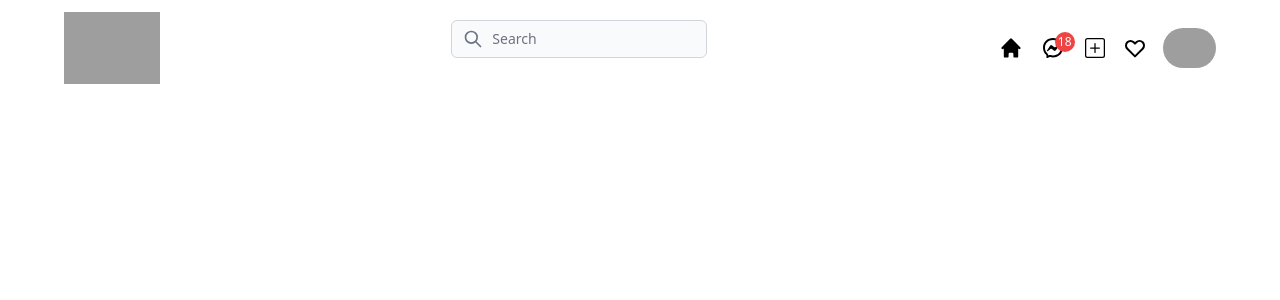
Repository: SehajBindra/insta--clone
Page: /
An editor plug-in stored every save of this project. The page is shown before and after the next save, followed by the edit.
The browser window is 1280 px wide. The pictures show the whole page.
Pictures or frames that could not be fetched are drawn as grey boxes. The project was rebuilt for these pictures with package versions that can differ from the ones it lists, and the page was loaded fresh each time. The framework's server and built-in components were replaced by stand-ins that run in the browser. Also part of the build but not shown: next.config.js.

Above is the page before, as saved 2022-04-11 02:48:07.

After the next save:
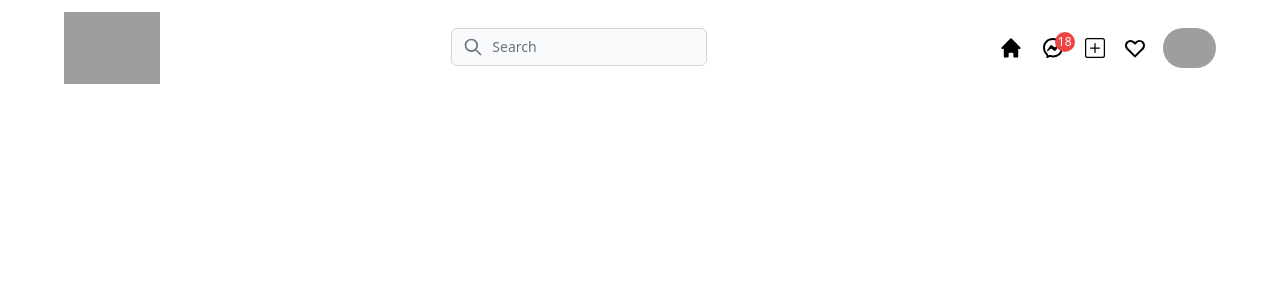
Saved 25 s later.
--- a/components/Header.js
+++ b/components/Header.js
@@ -35,7 +35,7 @@
 
         {/* Middle Search Input Field */}
         <div className=" max-w-xs">
-        <div className=" relative mt-1 lg:mt-2 p-3 rounded-md ">
+        <div className=" relative mt-1 lg:mt-4 p-3 rounded-md ">
             <div className=" absolute inset-y-3  pl-3 flex items-center pointer-events-none ">
              <SearchIcon  className="h-5  w-5 text-gray-500" />
             </div>
